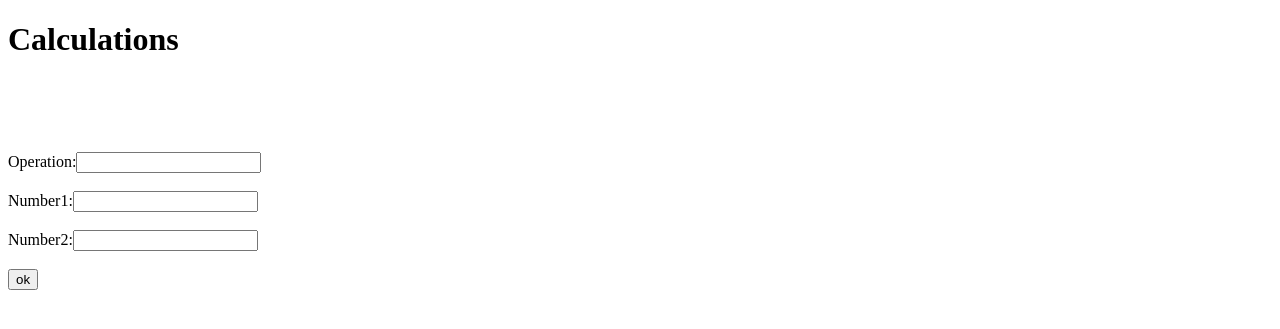
Repository: Ravikumarh6166/my-first-repo
Page: WebApps/src/main/webapp/Cal.html
The author's editor kept a copy of each file at every save. The page is drawn from the files as they stood at one save, then again after the next save.
The browser window is 1280 px wide. The pictures show the whole page.

Above is the page before, as saved 2022-08-25 12:04:13.

After the next save:
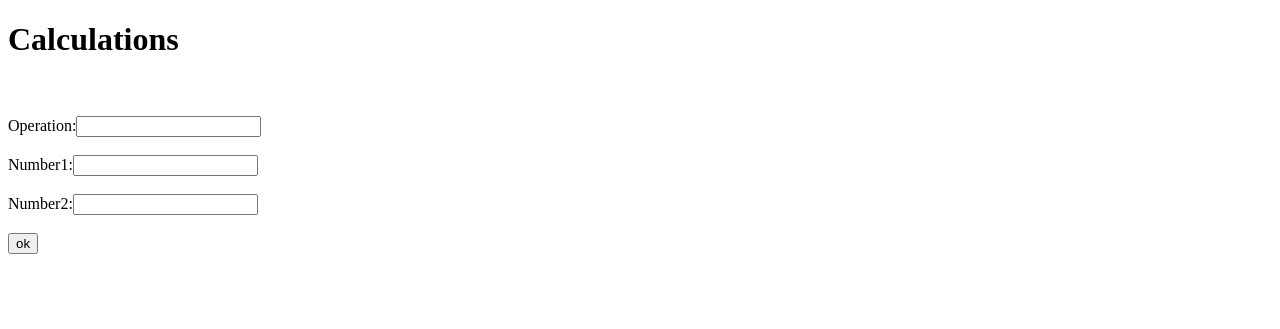
Saved 40 s later.
--- a/WebApps/src/main/webapp/Cal.html
+++ b/WebApps/src/main/webapp/Cal.html
@@ -5,7 +5,7 @@
 <title>Insert title here</title>
 </head>
 <body>
-<h1>Calculations</h1><br><br>
+<h1>Calculations</h1>
 <from action="result" method="post"><br><br>
 Operation:<input type="text" name="opt"><br><br>
 Number1:<input type="text" name="num1"><br><br>
